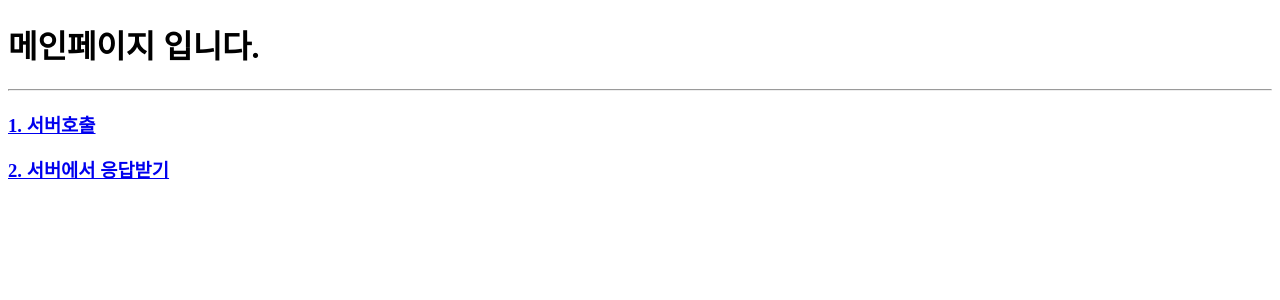
Repository: JWbase/Web_JAVA
Page: web-workspace/02_noDbProject/src/main/webapp/index.html
An editor plug-in stored every save of this project. The page is shown before and after the next save, followed by the edit.
The browser window is 1280 px wide. The pictures show the whole page.

Above is the page before, as saved 2022-08-29 06:49:07.

After the next save:
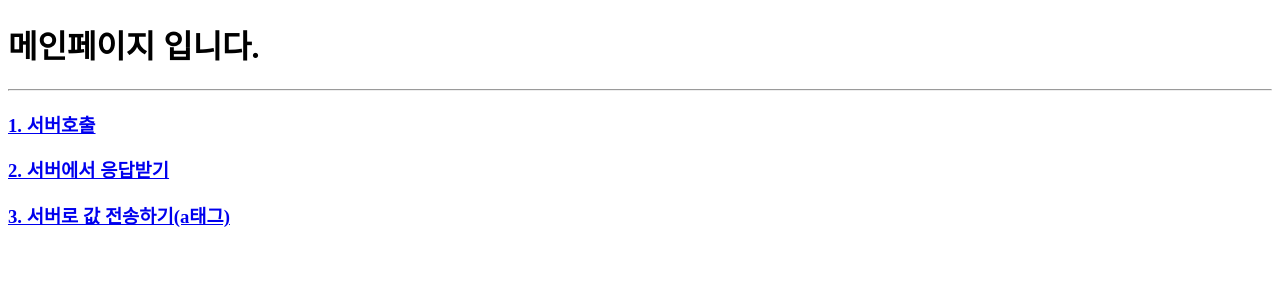
Saved 93 s later.
--- a/web-workspace/02_noDbProject/src/main/webapp/index.html
+++ b/web-workspace/02_noDbProject/src/main/webapp/index.html
@@ -13,5 +13,8 @@
 	<h3>
 		<a href="/responseTest.do">2. 서버에서 응답받기</a>
 	</h3>
+	<h3>
+		<a href="/sendData1.do">3. 서버로 값 전송하기(a태그)</a>
+	</h3>
 </body>
 </html>
